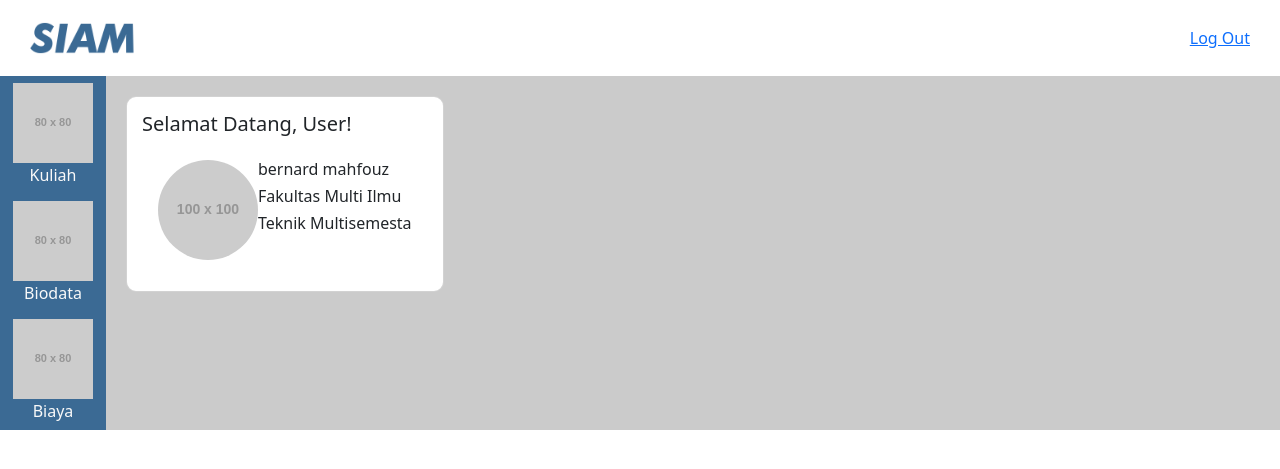
Repository: haikalirf/Project-IMK
Page: kuliah.html
These files come from the project's save history. The page is drawn as it stood at one moment and after the next save; the edit follows.
The browser window is 1280 px wide. The pictures show the whole page.

Above is the page before, as saved 2022-12-10 13:16:27.

### kuliah.html
<!DOCTYPE html>
<html lang="en">
<head>
	<meta charset="UTF-8">
	<meta http-equiv="X-UA-Compatible" content="IE=edge">
	<meta name="viewport" content="width=device-width, initial-scale=1.0">
	<title>SIAM</title>
	<link rel="icon" href="/assets/logo_ub.ico">
	<link rel="stylesheet" href="https://cdn.jsdelivr.net/npm/bootstrap@5.2.3/dist/css/bootstrap.min.css" integrity="sha384-rbsA2VBKQhggwzxH7pPCaAqO46MgnOM80zW1RWuH61DGLwZJEdK2Kadq2F9CUG65" crossorigin="anonymous">
	<link rel="stylesheet" href="/styles/kuliah.css">
</head>
<body>
	<nav class="navbar" id="navbar">
		<a class="navbar-brand" href="/kuliah.html">
			<img id="navbar-image" src="/assets/SIAM.png" alt="SIAM">
		</a>
		<a class="navbar-link" href="#">Log Out</a>
	</nav>
	<div id="content">
		<div id="sidebar">
			<a class="btn" href="">
				<img id="sidebar-kuliah" src="https://via.placeholder.com/80" alt="Kuliah">
				<br>
				<label for="sidebar-kuliah">Kuliah</label>
			</a>
			<a class="btn" href="">
				<img id="sidebar-biodata" src="https://via.placeholder.com/80" alt="Biodata">
				<br>
				<label for="sidebar-biodata">Biodata</label>
			</a>
			<a class="btn" href="">
				<img id="sidebar-biaya" src="https://via.placeholder.com/80" alt="Biaya">
				<br>
				<label for="sidebar-biaya">Biaya</label>
			</a>
		</div>
		<main>
			<div class="lane">
				<div class="card" id="card-user">
					<h5 class="card-title">Selamat Datang, User!</h5>
					<div class="card-body" id="card-body-user">
						<img class="rounded-circle" src="https://via.placeholder.com/100" alt="User Image">
						<div >
							<h6>bernard mahfouz</h6>
							<h6>Fakultas Multi Ilmu</h6>
							<h6>Teknik Multisemesta</h6>
						</div>
					</div>
				</div>
			</div>
		</main>
	</div>
	<script src="https://cdn.jsdelivr.net/npm/bootstrap@5.2.3/dist/js/bootstrap.bundle.min.js" integrity="sha384-kenU1KFdBIe4zVF0s0G1M5b4hcpxyD9F7jL+jjXkk+Q2h455rYXK/7HAuoJl+0I4" crossorigin="anonymous"></script>
</body>
</html>

### styles/kuliah.css
*, *::before, *::after {
	box-sizing: border-box;
}

#navbar {
	display: flex;
	justify-content: space-between;
	margin: 0px 30px;
}

#navbar-image {
	height: 50px;
}

#content {
	display: flex;
}

#sidebar {
	background-color: #3b6a94;
	display: flex;
	flex-direction: column;
}

a img, a label {
	color: #f9f9f9;
}

main {
	background-color: #cbcbcb;
	display: flex;
	flex-grow: 1;
}

.card {
	margin: 20px;
	padding: 15px;
	border-radius: 10px;
}

#card-body-user {
	display: flex;
}

After the next save:
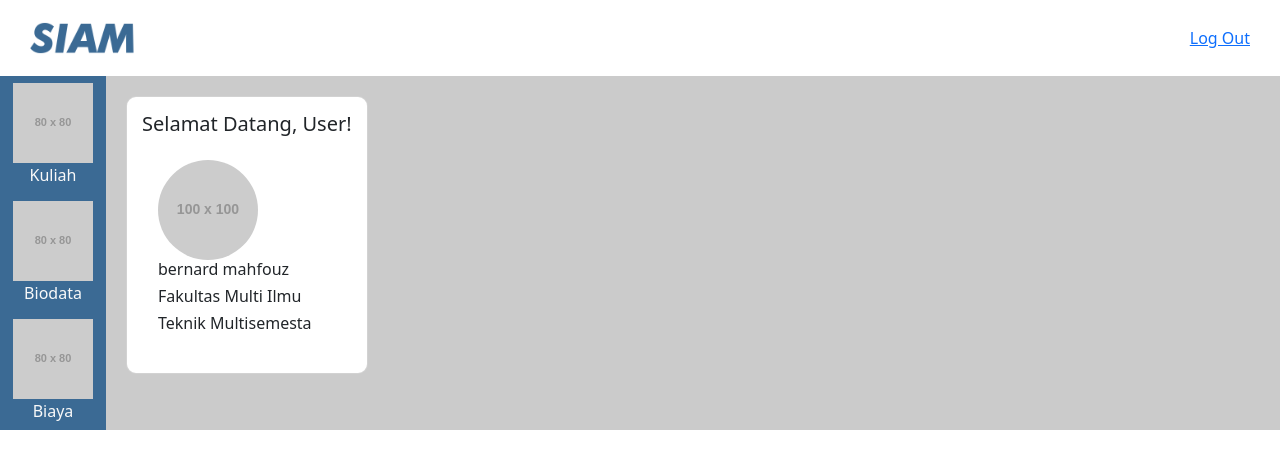
Saved 23 s later.
--- a/kuliah.html
+++ b/kuliah.html
@@ -38,7 +38,7 @@
 			<div class="lane">
 				<div class="card" id="card-user">
 					<h5 class="card-title">Selamat Datang, User!</h5>
-					<div class="card-body" id="card-body-user">
+					<div class="card-body">
 						<img class="rounded-circle" src="https://via.placeholder.com/100" alt="User Image">
 						<div >
 							<h6>bernard mahfouz</h6>

After the save that followed:
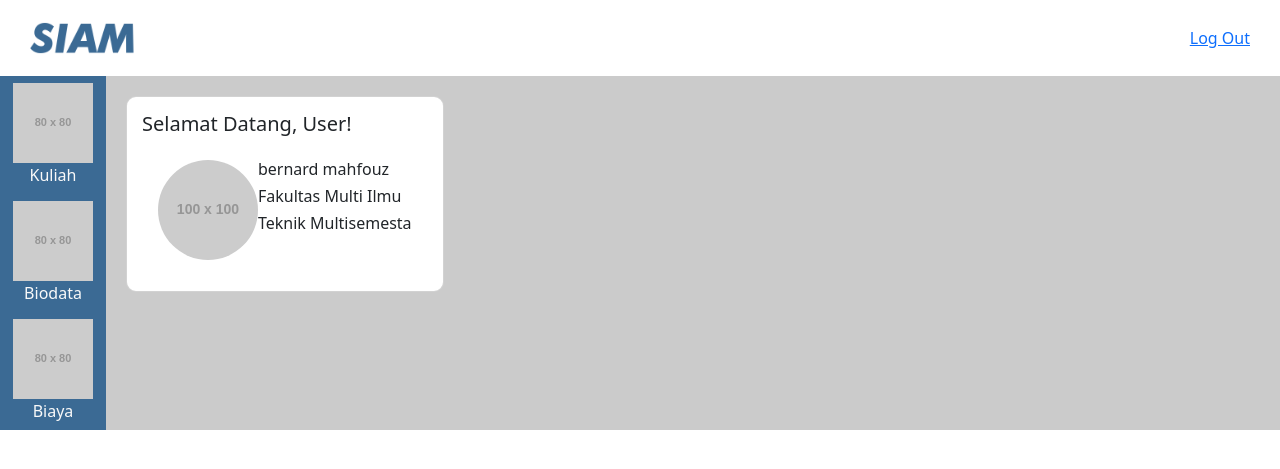
Saved 24 s later.
--- a/styles/kuliah.css
+++ b/styles/kuliah.css
@@ -38,6 +38,6 @@ main {
 	border-radius: 10px;
 }
 
-#card-body-user {
+.card-body{
 	display: flex;
 }
